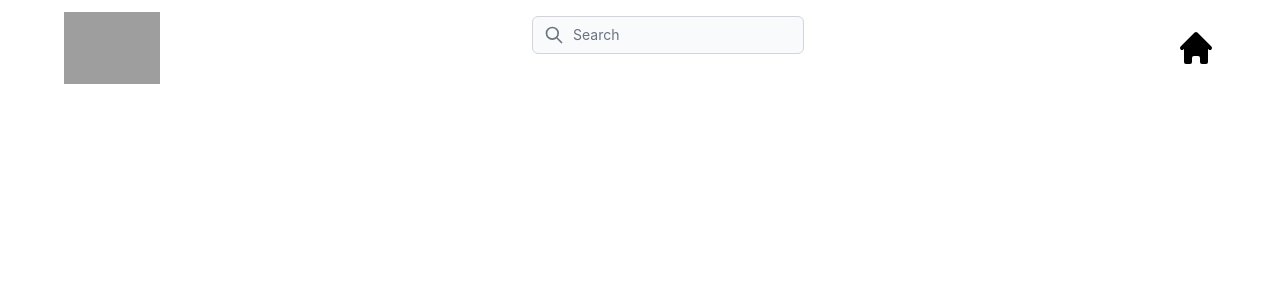
Repository: SehajBindra/insta--clone
Page: /
These files come from the project's save history. The page is drawn as it stood at one moment and after the next save; the edit follows.
The browser window is 1280 px wide. The pictures show the whole page.
Pictures or frames that could not be fetched are drawn as grey boxes. The project was rebuilt for these pictures with package versions that can differ from the ones it lists, and the page was loaded fresh each time. The framework's server and built-in components were replaced by stand-ins that run in the browser. Also part of the build but not shown: next.config.js.

Above is the page before, as saved 2022-04-11 01:53:31.

### pages/index.js
import Head from 'next/head'
import Image from 'next/image'
import Header from '../components/Header'
import styles from '../styles/Home.module.css'

export default function Home() {
  return (
    <div className={styles.container}>
      <Head>
        <title>Instagram</title>
        <meta name="description" content="Generated by create next app" />
        <link rel="icon" href="https://upload.wikimedia.org/wikipedia/commons/thumb/a/a5/Instagram_icon.png/600px-Instagram_icon.png" />

      </Head>
      <Header />

    </div>
  )
}

### components/Header.js
import React from "react";
import Image from "next/image";
import {
    SearchIcon,
    PlusCircleIcon,
    UserGroupIcon,
    HeartIcon,
    PaperAirplaneIcon,
    MenuIcon
} from "@heroicons/react/outline"
import {HomeIcon } from "@heroicons/react/solid";

function Header() {
  return (
    <div>
      <div className="flex justify-between max-w-6xl mx-5 xl:mx-auto ">
        <div className="relative hidden lg:inline-grid w-24 h-24">
          <Image
            src="https://links.papareact.com/ocw"
            layout="fill"
            objectFit="contain"
          />
        </div>

        <div className=" relative w-10  lg:hidden flex-shrink-0 cursor-pointer">
          <Image
            src="https://links.papareact.com/jjm"
            layout="fill"
            objectFit="contain"
          />
        </div>

        {/* Middle Search Input Field */}
        <div className=" max-w-xs">
        <div className=" relative mt-1 p-3 rounded-md ">
            <div className=" absolute inset-y-3  pl-3 flex items-center pointer-events-none ">
             <SearchIcon  className="h-5  w-5 text-gray-500" />
            </div>
            <input className="bg-gray-50 block w-full pl-10 sm:text-sm border-gray-300  focus:ring-black  focus:border-black rounded-md" type="text" placeholder="Search" />

        </div>
        </div>
       {/* Right side */}
       <div className="flex items-center  justify-end space-x-4">
       <HomeIcon className=" h-10 w-10" />
       </div>
      </div>
    </div>
  );
}

export default Header;

### tailwind.config.js
module.exports = {
  content: ["./pages/**/*.{js,ts,jsx,tsx}",
  "./components/**/*.{js,ts,jsx,tsx}",],
  theme: {
    extend: {},
  },
  plugins: [require("@tailwindcss/forms")],
}

Loaded but not shown: pages/_app.js (common file); styles/globals.css (common file); styles/Home.module.css (common file)

After the next save:
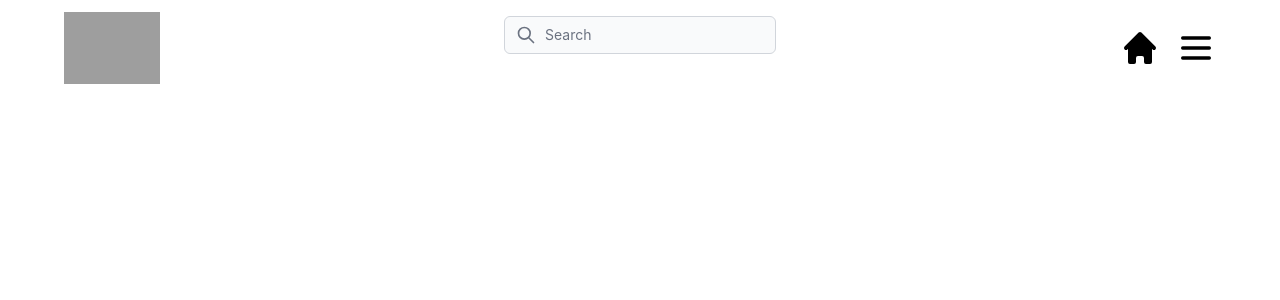
Saved 49 s later.
--- a/components/Header.js
+++ b/components/Header.js
@@ -43,6 +43,7 @@
        {/* Right side */}
        <div className="flex items-center  justify-end space-x-4">
        <HomeIcon className=" h-10 w-10" />
+       <MenuIcon className=" h-10 w-10" />
        </div>
       </div>
     </div>

After the save that followed:
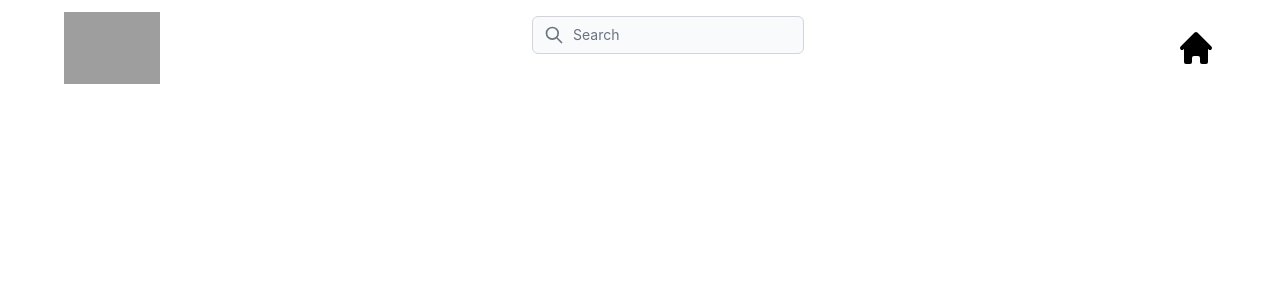
Saved 77 s later.
--- a/components/Header.js
+++ b/components/Header.js
@@ -43,7 +43,7 @@
        {/* Right side */}
        <div className="flex items-center  justify-end space-x-4">
        <HomeIcon className=" h-10 w-10" />
-       <MenuIcon className=" h-10 w-10" />
+       <MenuIcon className=" h-6 md:hidden cursor-pointer " />
        </div>
       </div>
     </div>
